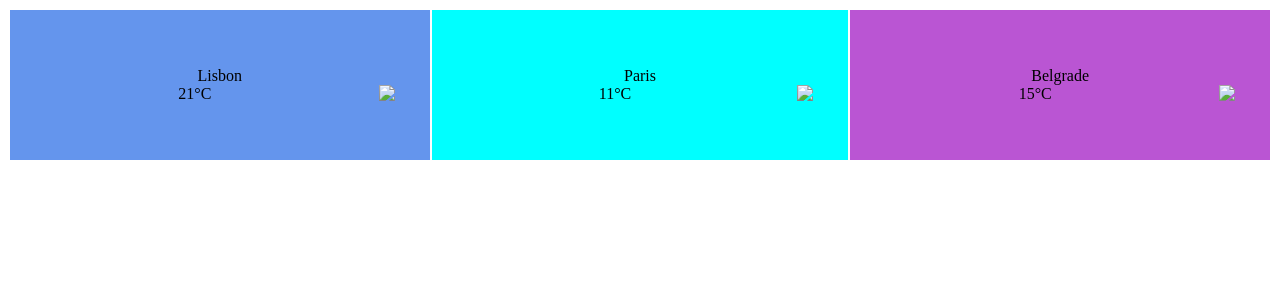
Repository: aysedo/html
Page: Week_2/index.html
An editor plug-in stored every save of this project. The page is shown before and after the next save, followed by the edit.
The browser window is 1280 px wide. The pictures show the whole page.

Above is the page before, as saved 2021-08-24 12:22:05.
Not found: Week_2/img.png
Not found: Week_2/sun.png

### Week_2/index.html
<!DOCTYPE html>
<html lang="en">
  <head>
    <meta charset="UTF-8" />
    <meta http-equiv="X-UA-Compatible" content="IE=edge" />
    <meta name="viewport" content="width=device-width, initial-scale=1.0" />
    <title>Document</title>
  </head>
  <body>
    <table width="100%">
      <tr height="150">
        <td colspan="2" bgcolor="cornflowerblue" align="center">
          Lisbon <br />
          21°C
          <img src="img.png" width="50" align="right" />
        </td>
        <td bgcolor="aqua" align="center">
          Paris <br />
          11°C
          <img src="sun.png" width="50" align="right" />
        </td>
        <td bgcolor="MediumOrchid" align="center">
          Belgrade <br />
          15°C
          <img src="img.png" width="50" align="right" />
        </td>
      </tr>
        </td>
      </tr>
    </table>
  </body>
</html>

After the next save:
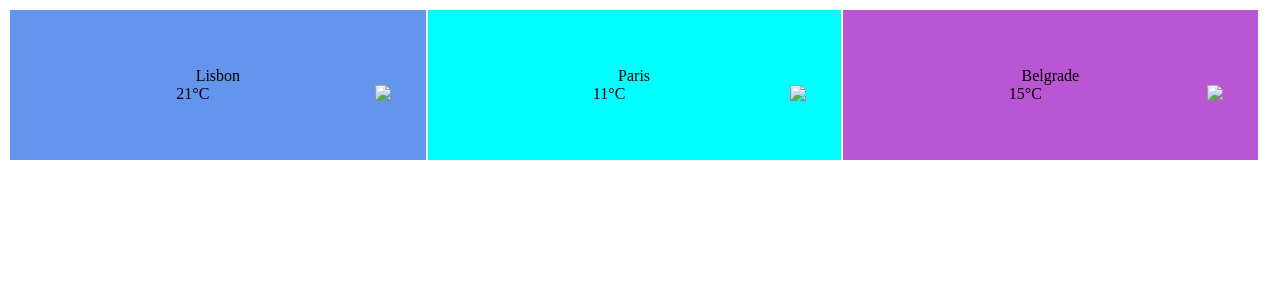
Saved 29 s later.
--- a/Week_2/index.html
+++ b/Week_2/index.html
@@ -24,6 +24,7 @@
           15°C
           <img src="img.png" width="50" align="right" />
         </td>
+        <td></td></td>
       </tr>
         </td>
       </tr>
